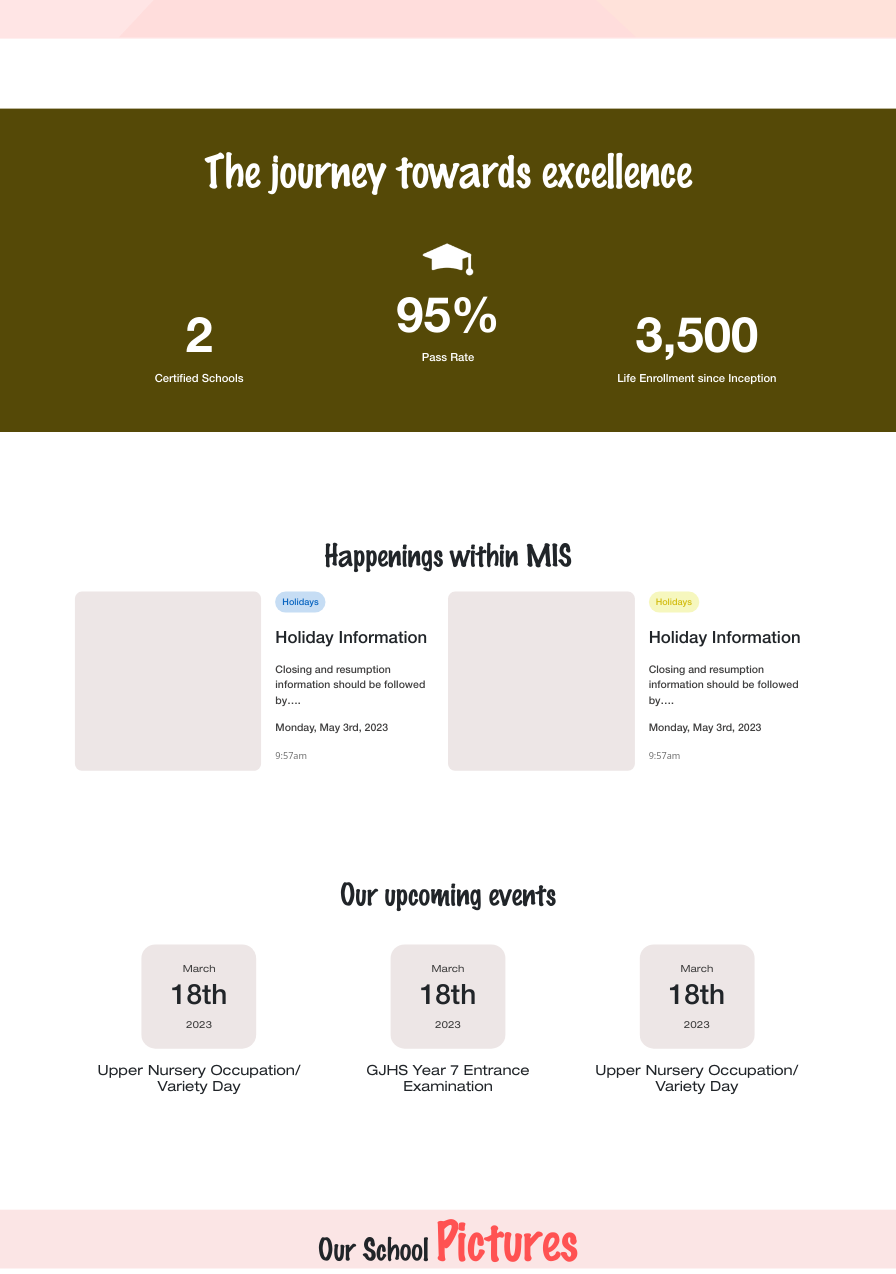
Repository: sarahnnanyelugo/MIGS
Page: /
These files come from the project's save history. The page is drawn as it stood at one moment and after the next save; the edit follows.
The browser window is 1280 px wide. The pictures show the part of the page from y = 3903 to 5823 px (the page is 5723 px tall before and 5823 px after), at 70% of full size.
The project was rebuilt for these pictures with package versions that can differ from the ones it lists, and the page was loaded fresh each time.

Above is the page before, as saved 2023-05-30 14:20:33.

After the next save:
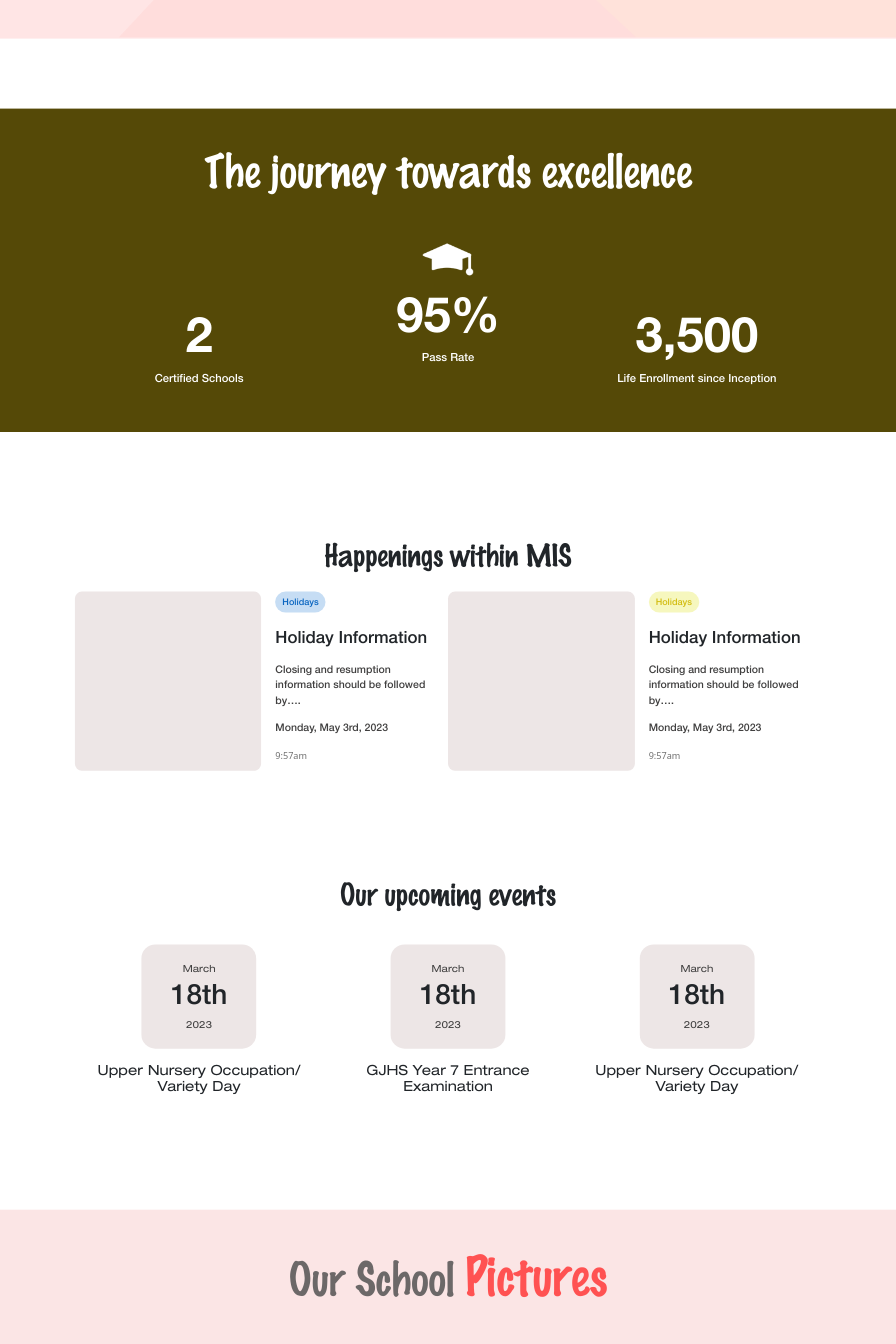
Saved 14 s later.
--- a/src/pages/Home/home.scss
+++ b/src/pages/Home/home.scss
@@ -184,7 +184,8 @@
 }
 .pictures-container {
   background: #fbe5e5;
-  padding: 50px 0 h1 {
+  padding: 50px 0;
+  h1 {
     font-size: 60px;
     color: #6c6868;
   }
